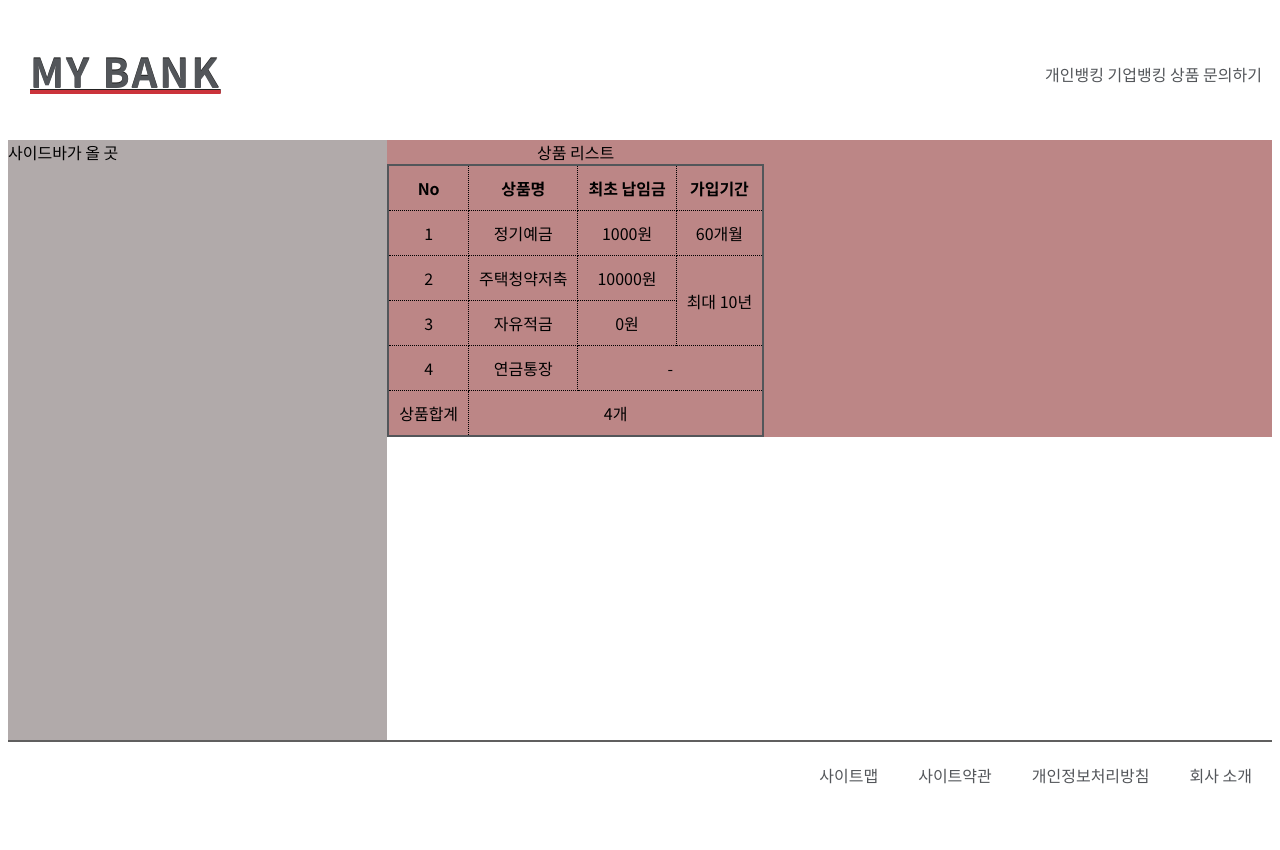
Repository: pvntlc/D-IT-Tech-Internship
Page: work_java/HTMLProject/src/main/webapp/DAY2/03.레이아웃구성/3-7.position2.html
An editor plug-in stored every save of this project. The page is shown before and after the next save, followed by the edit.
The browser window is 1280 px wide. The pictures show the whole page.

Above is the page before, as saved 2023-09-07 02:39:07.

### work_java/HTMLProject/src/main/webapp/DAY2/03.레이아웃구성/3-7.position2.html
<!DOCTYPE html>
<html lang="en">
<head>
    <meta charset="UTF-8">
    <meta name="viewport" content="width=device-width, initial-scale=1.0">
    <title>position</title>
    <!-- 현재 화면에서 확인해야하는 부분 외에 기본 스타일들이 포함된 외부 css 파일 -->
    <link rel="stylesheet" href="./css/3-7.css">
    <style>
      .logo{
        position: absolute;
        left: 30px;
      }
      #sidebar {
        width: 30%;
        height: 600px;
        background-color: #b1aaaa;
        clear: both;
        float: left;
      }
      #contents {
        width: 70%;
        background-color: #bc8686;
        float: left;
      }
      footer{
        width:auto;   /* 너비 */
        height:100px;  /* 높이 */
        border-top:2px solid #605f5f;
        clear: both;
      }
      footer ul li{
        list-style: none;
        /* display: inline-block; */
        float:right;  /* 가로로 배치 */
        padding:5px 20px;
      }
    </style>
</head>
<body>
  <header>
    <h2 class="logo">My Bank</h2>
    <nav>
        <ul id="topMenu">
            <li><a href="#">개인뱅킹</a></li>
            <li class="withborder"><a href="#">기업뱅킹</a></li>
            <li><a href="#">상품</a></li>
            <li><a href="#">문의하기</a></li>
        </ul>
    </nav>
  </header>
  <div class="container">
  <div id="sidebar"> 사이드바가 올 곳</div>
  <div id="contents">
    <div>
          <table border="1">
              <caption>
                상품 리스트
              </caption>
              <thead>
                <tr>
                  <th>No</th>
                  <th>상품명</th>
                  <th>최초 납임금</th>
                  <th>가입기간</th>
                </tr>
              </thead>
              <tbody>
                <tr>
                  <td class="cellPadding">1</td>
                  <td class="cellPadding">정기예금</td>
                  <td class="cellPadding">1000원</td>
                  <td class="cellPadding">60개월</td>
                </tr>
                <tr>
                  <td>2</td>
                  <td>주택청약저축</td>
                  <td>10000원</td>
                  <td rowspan="2">최대 10년</td>
                </tr>
                <tr>
                  <td>3</td>
                  <td>자유적금</td>
                  <td>0원</td>
                </tr>
                <tr>
                  <td>4</td>
                  <td>연금통장</td>
                  <td colspan="2">-</td>
                </tr>
              </tbody>
              <tfoot>
                  <tr>
                    <td>상품합계</td>
                    <td colspan="3">4개</td>
                  </tr>
                </tfoot>
            </table>
      </div>
    </div>
  </div>
    <footer>
      <section id="bottomMenu">
        <ul>
          <li><a href="#">회사 소개</a></li>
          <li><a href="#">개인정보처리방침</a></li>
          <li><a href="#">사이트약관</a></li>
          <li><a href="#">사이트맵</a></li>
        </ul>
      </section>
    </footer>
</body>
</html>

### work_java/HTMLProject/src/main/webapp/DAY2/03.레이아웃구성/css/3-7.css
/* 2-1이후 추가 */
@import url('https://fonts.googleapis.com/css2?family=Noto+Sans+KR:wght@600&display=swap');
* {
    font-family: 'Noto Sans KR', sans-serif;
}

h2.logo{
    font-size:40px;   /* 글자 크기 */
    font-weight:bold;
    /* 2-2이후 추가 */
    color:#53565A;   /* 글자 색*/
    text-shadow:0 -1px 0 #222;  /* 그림자 색 */
    text-align: left;
    /* 텍스트를 세로로 가운데 정렬하기 위해 height와 line-height를 동일한 크기로 설정 */
    line-height: 60px;
    height: 60px;
    /* 대소문자 변환 */
    text-transform: uppercase;
    /* 글자 간격 조정 */
    letter-spacing: 2px;
    text-decoration: underline;
    text-decoration-color: rgb(203, 51, 59) ;
}
/* 2-3이후 추가 */
#topMenu {
    list-style-type:none;

}

a{
    text-decoration: none;
    color:#53565A;
}

/* 2-4이후 추가 */
table{
    /* 캡션 위치 조정 */
    caption-side: top;
    /* caption-side: bottom; */
    border: 2px solid #53565A;
    /* 표와 셀 테두리 합치기 */
    border-collapse: collapse;
}
td,th {
    /* 셀 테두리 검은색 점선으로 */
    border: 1px dotted black;
    padding: 10px;
    text-align: center;
}
/* 3-5이후 추가 */
header {
    height: 100px;
    line-height: 100px;
  }
nav ul li{
    display: inline-block;
}
.logo{
    /* 왼쪽으로 떠있게 만들기 */
    float: left;
  }
  nav ul{
    /* 오른쪽으로 떠있게 만들기 */
    float: right;
    margin-right: 10px;
  }

After the next save:
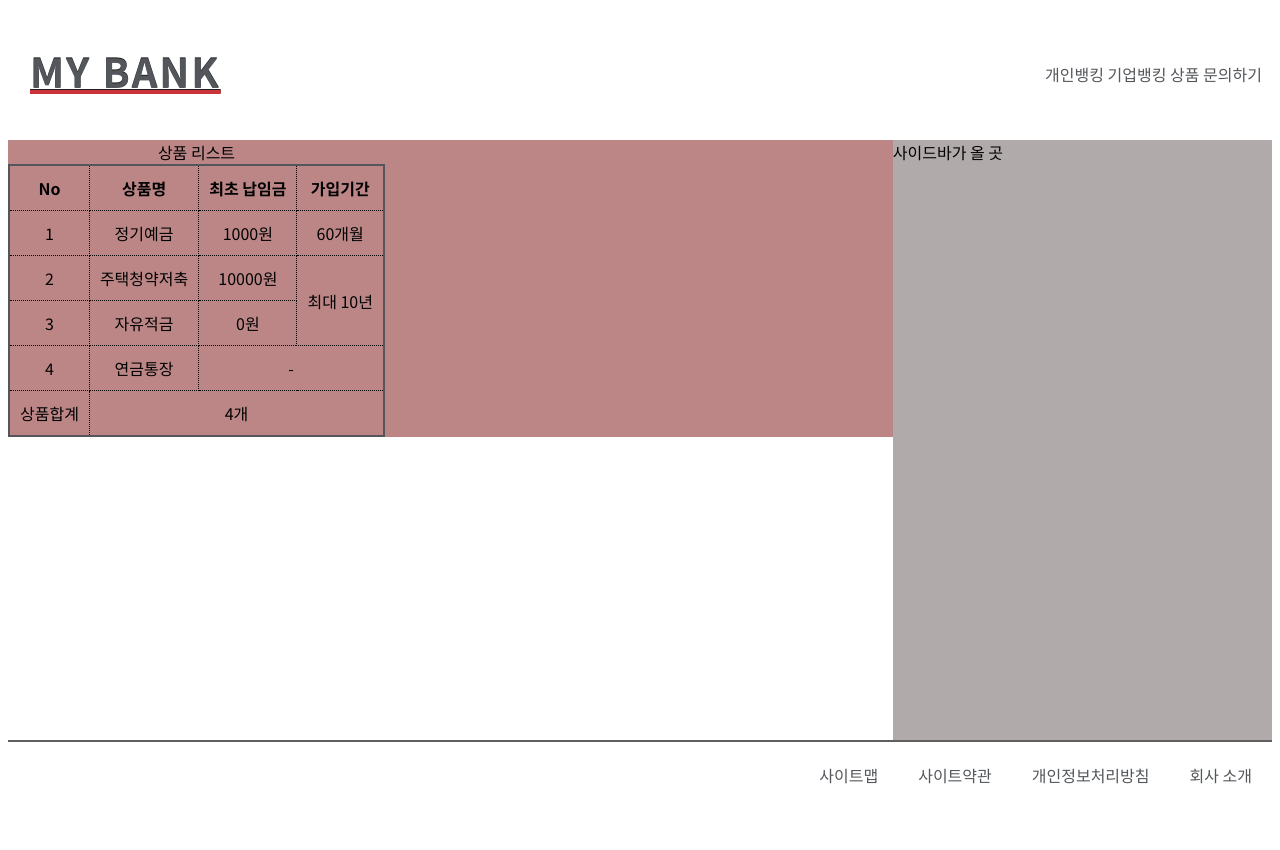
Saved 17 min 17 s later.
--- a/work_java/HTMLProject/src/main/webapp/DAY2/03.레이아웃구성/3-7.position2.html
+++ b/work_java/HTMLProject/src/main/webapp/DAY2/03.레이아웃구성/3-7.position2.html
@@ -16,7 +16,7 @@
         height: 600px;
         background-color: #b1aaaa;
         clear: both;
-        float: left;
+        float: right;
       }
       #contents {
         width: 70%;
